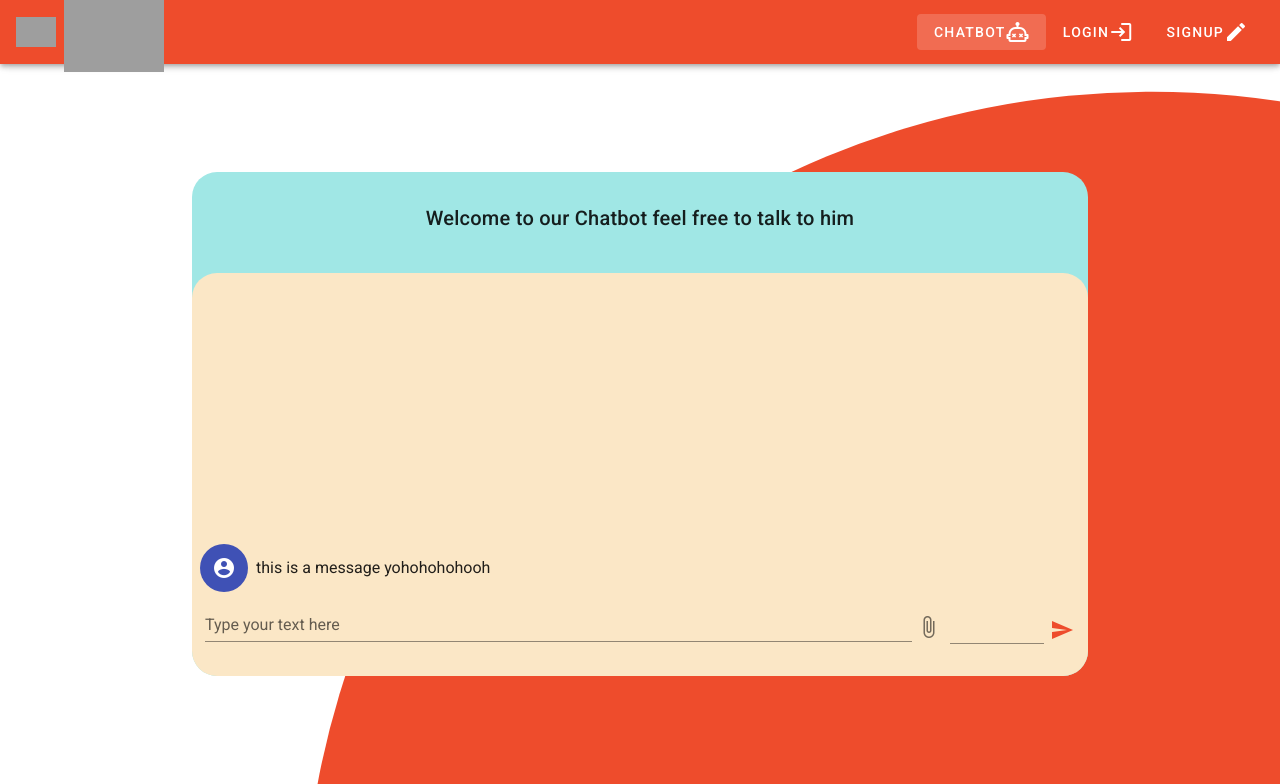
Repository: atout811/pyTorch-Hackathon
Page: /chatbot (app in frontend/)
An editor plug-in stored every save of this project. The page is shown before and after the next save, followed by the edit.
The browser window is 1280 px wide. The pictures show the whole page.
Pictures or frames that could not be fetched are drawn as grey boxes. The project was rebuilt for these pictures with package versions that can differ from the ones it lists, and the page was loaded fresh each time. Also part of the build but not shown: frontend/vue.config.js, frontend/src/views/Home.vue.

Above is the page before, as saved 2021-10-21 15:19:24.

After the next save:
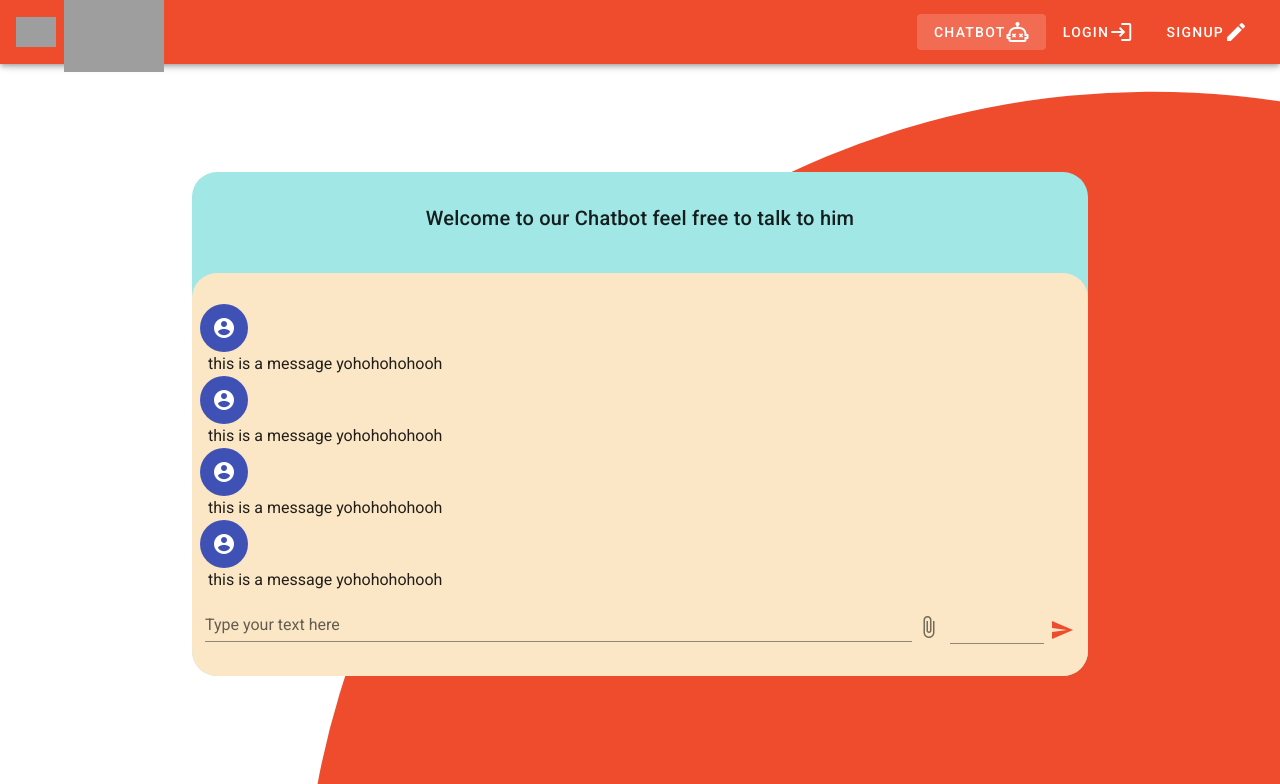
Saved 8 min 8 s later.
--- a/frontend/src/views/Chatbot.vue
+++ b/frontend/src/views/Chatbot.vue
@@ -3,8 +3,8 @@
     <div class="container">
       <h1 class="title">Welcome to our Chatbot feel free to talk to him</h1>
       <div class="chat-container">
-        <div class="messages">
-          <div class="message">
+        <div v-for="(message, i) in chat" :key="i" class="messages">
+          <div :class="message.from == 'bot' ? 'bot' : 'user'">
             <v-avatar color="indigo">
               <v-icon dark> mdi-account-circle </v-icon>
             </v-avatar>
@@ -31,7 +31,12 @@ export default {
   name: "chatbot",
   data() {
     return {
-      chat: [],
+      chat: [
+        { from: "bot", message: "hey how can i help u ?" },
+        { from: "user", message: "nohting" },
+        { from: "bot", message: "okay, bye " },
+        { from: "bot", message: "btw feel fear on human" },
+      ],
     };
   },
 };
